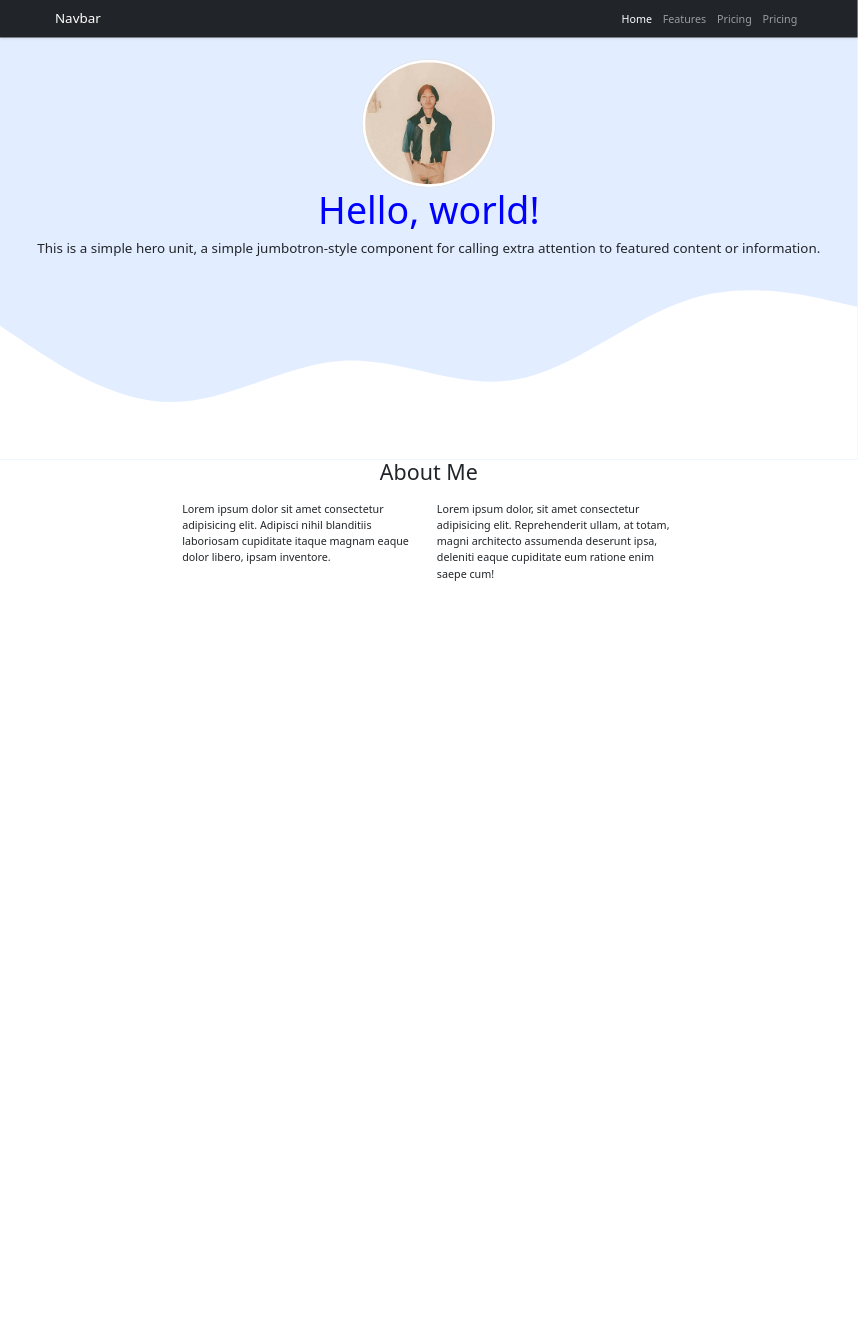
Repository: Novemberdad/gemilangtech.github.io
Page: index.html
An editor plug-in stored every save of this project. The page is shown before and after the next save, followed by the edit.
The browser window is 1280 px wide. The pictures show the whole page, at 67% of full size.

Above is the page before, as saved 2021-07-21 00:05:41.

After the next save:
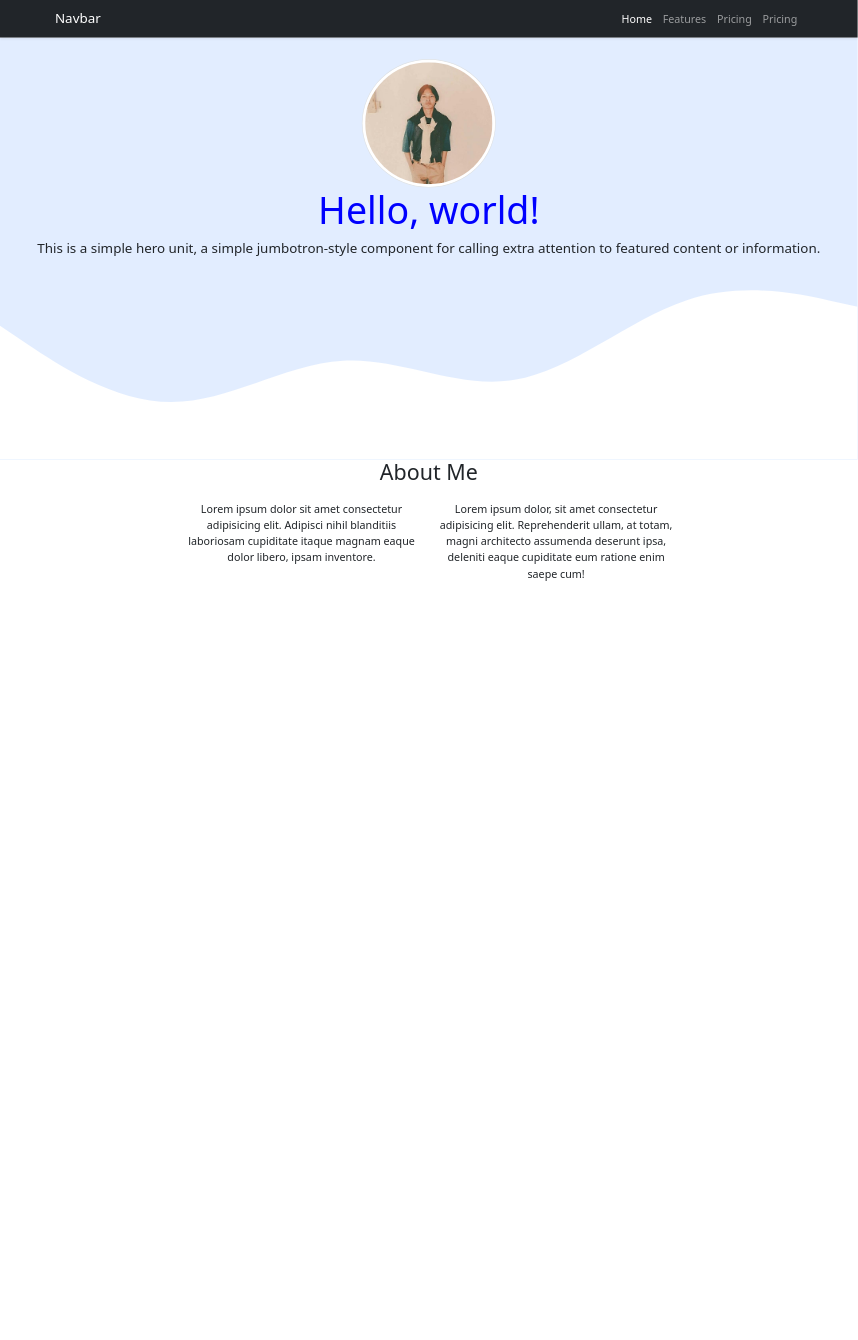
Saved 42 s later.
--- a/index.html
+++ b/index.html
@@ -71,7 +71,7 @@
                     <h2>About Me</h2>
                 </div>
             </div>
-            <div class="row justify-content-center">
+            <div class="row justify-content-center text-center">
                 <div class="col-4">
                     <p>Lorem ipsum dolor sit amet consectetur adipisicing elit. Adipisci nihil blanditiis laboriosam cupiditate itaque magnam eaque dolor libero, ipsam inventore.</p>
                 </div>
